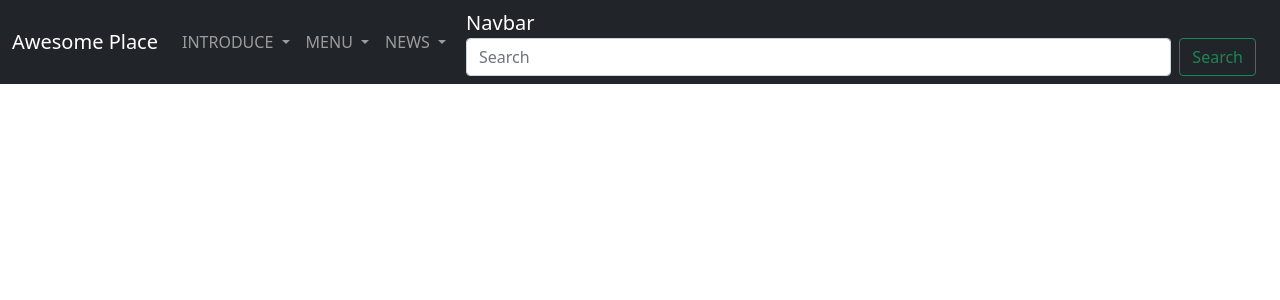
Repository: sikim0629/AwesomePlace
Page: http://localhost/awesomePlace/main.jsp
An editor plug-in stored every save of this project. The page is shown before and after the next save, followed by the edit.
The browser window is 1280 px wide. The pictures show the whole page.
The page is served by Tomcat 9. Nobody is signed in. The application's start-up code is not run. Other server files are loaded and not shown.

Above is the page before, as saved 2021-11-12 09:52:28.

### awesomePlace/WebContent/main.jsp
<%@ page language="java" contentType="text/html; charset=UTF-8"
    pageEncoding="UTF-8"%>
<!DOCTYPE html>
<html>
<head>
<meta charset="UTF-8">
<title>Insert title here</title>
</head>
<body>
<%@ include file = "/header.jsp" %>



<%@ include file = "/footer.jsp" %>

</body>
</html>

### awesomePlace/WebContent/header.jsp
<%@ page language="java" contentType="text/html; charset=UTF-8"
    pageEncoding="UTF-8"%>
<!doctype html>
<html lang="en">
  <head>
    <!-- Required meta tags -->
    <meta charset="utf-8">
    <meta name="viewport" content="width=device-width, initial-scale=1">

    <!-- Bootstrap CSS -->
    <link href="https://cdn.jsdelivr.net/npm/bootstrap@5.1.3/dist/css/bootstrap.min.css" rel="stylesheet" integrity="sha384-1BmE4kWBq78iYhFldvKuhfTAU6auU8tT94WrHftjDbrCEXSU1oBoqyl2QvZ6jIW3" crossorigin="anonymous">

    <title>어썸플레이스</title>
  </head>
  <body>
	<nav class="navbar navbar-expand-lg navbar-dark bg-dark">
  		<div class="container-fluid">
    		<a class="navbar-brand" href="/index.html">Awesome Place</a>
    		<button class="navbar-toggler" type="button" data-bs-toggle="collapse" data-bs-target="#navbarNavDropdown" aria-controls="navbarNavDropdown" aria-expanded="false" aria-label="Toggle navigation">
      			<span class="navbar-toggler-icon"></span>
    		</button>
	    <div class="collapse navbar-collapse" id="navbarNavDropdown">
	      <ul class="navbar-nav">
	        <li class="nav-item dropdown">
	          <a class="nav-link dropdown-toggle" href="#" id="navbarDropdownMenuLink" role="button" data-bs-toggle="dropdown" aria-expanded="false">
	            INTRODUCE
	          </a>
	          <ul class="dropdown-menu" aria-labelledby="navbarDropdownMenuLink">
	            <li><a class="dropdown-item" href="#">카페소개</a></li>
	            <li><a class="dropdown-item" href="#">매장찾기</a></li>
	          </ul>
	        </li>
	        <li class="nav-item dropdown">
	          <a class="nav-link dropdown-toggle" href="#" id="navbarDropdownMenuLink" role="button" data-bs-toggle="dropdown" aria-expanded="false">
	            MENU
	          </a>
	          <ul class="dropdown-menu" aria-labelledby="navbarDropdownMenuLink">
	            <li><a class="dropdown-item" href="#">COFFEE</a></li>
	            <li><a class="dropdown-item" href="#">TEA</a></li>
	            <li><a class="dropdown-item" href="#">JUICE</a></li>
	          </ul>
	        </li>
	        <li class="nav-item dropdown">
	          <a class="nav-link dropdown-toggle" href="#" id="navbarDropdownMenuLink" role="button" data-bs-toggle="dropdown" aria-expanded="false">
	            NEWS
	          </a>
	          <ul class="dropdown-menu" aria-labelledby="navbarDropdownMenuLink">
	            <li><a class="dropdown-item" href="#">공지사항</a></li>
	            <li><a class="dropdown-item" href="#">이달의 이벤트</a></li>
	            <li><a class="dropdown-item" href="#">이달의 메뉴</a></li>
	          </ul>
	        </li>
	      </ul>
	        <div class="container-fluid">
		    	<a class="navbar-brand">Navbar</a>
		    	<form class="d-flex">
		      		<input class="form-control me-2" type="search" placeholder="Search" aria-label="Search">
		      		<button class="btn btn-outline-success" type="submit">Search</button>
		    	</form>
		  </div>
	    </div>
	  </div>
</nav>

    <script src="https://cdn.jsdelivr.net/npm/bootstrap@5.1.3/dist/js/bootstrap.bundle.min.js" integrity="sha384-ka7Sk0Gln4gmtz2MlQnikT1wXgYsOg+OMhuP+IlRH9sENBO0LRn5q+8nbTov4+1p" crossorigin="anonymous"></script>

  </body>
</html>

Loaded but not shown: awesomePlace/WebContent/footer.jsp (common file)

After the next save:
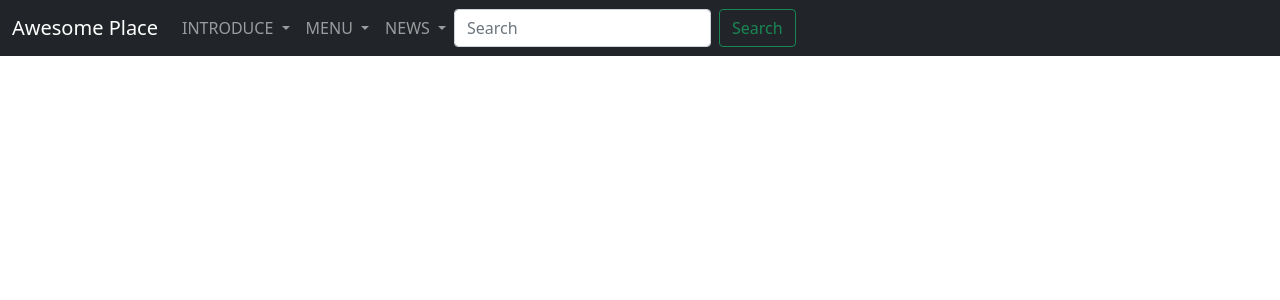
Saved 20 s later.
--- a/awesomePlace/WebContent/header.jsp
+++ b/awesomePlace/WebContent/header.jsp
@@ -51,13 +51,9 @@
 	          </ul>
 	        </li>
 	      </ul>
-	        <div class="container-fluid">
-		    	<a class="navbar-brand">Navbar</a>
 		    	<form class="d-flex">
 		      		<input class="form-control me-2" type="search" placeholder="Search" aria-label="Search">
 		      		<button class="btn btn-outline-success" type="submit">Search</button>
-		    	</form>
-		  </div>
 	    </div>
 	  </div>
 </nav>
